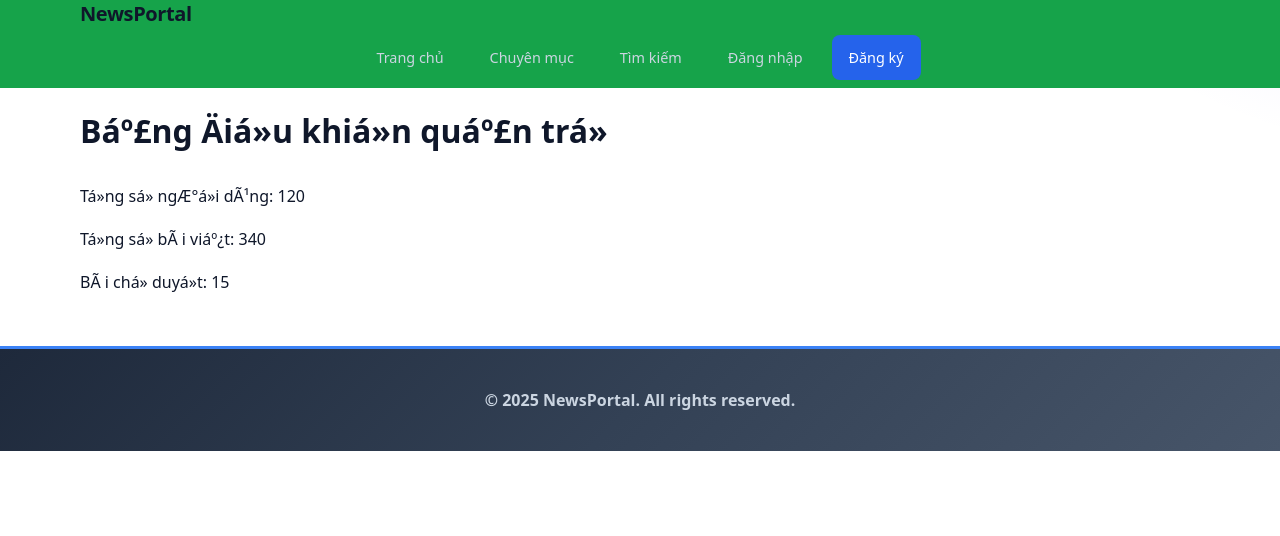
Repository: minhtvpy00202-git/Assignment_PY00202_MinhTV
Page: http://localhost/NewsPortal_PY00202/WEB-INF/views/admin/dashboard.jsp
The author's editor kept a copy of each file at every save. The page is drawn from the files as they stood at one save, then again after the next save.
The browser window is 1280 px wide. The pictures show the whole page.
The page is served by Tomcat 10. Nobody is signed in. The template is opened directly, without the code that normally fills it, so the values that code supplies are empty.

Above is the page before, as saved 2025-09-28 01:07:50.

After the next save:
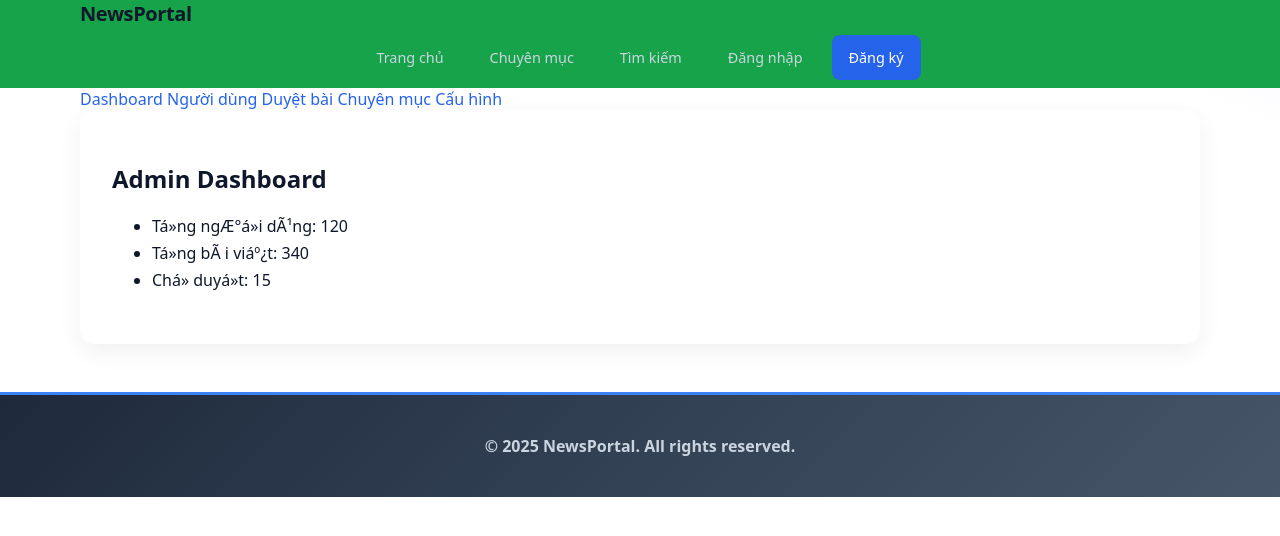
Saved 2 min 3 s later.
--- a/Assignment_NewsPortal/NewsPortal_PY00202/src/main/webapp/WEB-INF/views/admin/dashboard.jsp
+++ b/Assignment_NewsPortal/NewsPortal_PY00202/src/main/webapp/WEB-INF/views/admin/dashboard.jsp
@@ -1,8 +1,13 @@
-<%@ include file="../layout/header.jsp" %>
-<main class="container">
-  <h1>Bảng điều khiển quản trị</h1>
-  <p>Tổng số người dùng: 120</p>
-  <p>Tổng số bài viết: 340</p>
-  <p>Bài chờ duyệt: 15</p>
+<%@ include file="/WEB-INF/views/layout/header.jsp" %>
+<main class="container with-aside">
+  <%@ include file="/WEB-INF/views/layout/admin-sidebar.jsp" %>
+  <section class="content">
+    <h1>Admin Dashboard</h1>
+    <ul>
+      <li>Tổng người dùng: 120</li>
+      <li>Tổng bài viết: 340</li>
+      <li>Chờ duyệt: 15</li>
+    </ul>
+  </section>
 </main>
-<%@ include file="../layout/footer.jsp" %>
+<%@ include file="/WEB-INF/views/layout/footer.jsp" %>
